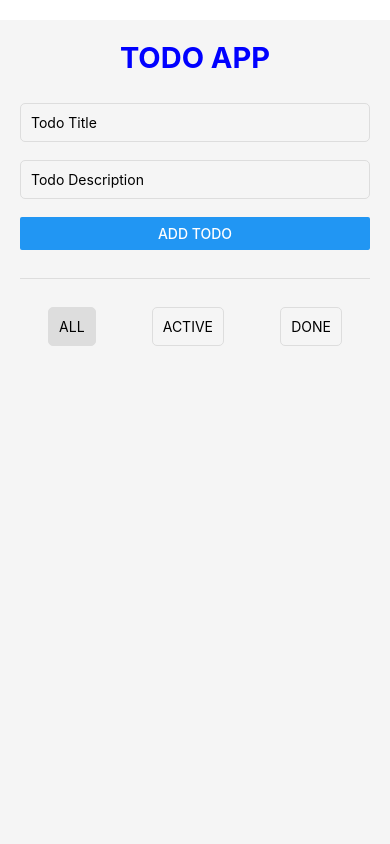
Repository: mohamed-omar-mubark/react-native-todo
Screen: /
These files come from the project's save history. The screen is drawn as it stood at one moment and after the next save; the edit follows.
The app was drawn by React Native's web renderer in a window 390 px wide. The project was rebuilt for these pictures with package versions that can differ from the ones it lists, and the page was loaded fresh each time.

Above is the screen before, as saved 2024-08-07 18:04:02.

### App.js
import React, { useState } from "react";
import {
  StyleSheet,
  Text,
  View,
  TextInput,
  Button,
  FlatList,
  TouchableOpacity,
} from "react-native";

export default function App() {
  const [title, setTitle] = useState("");
  const [description, setDescription] = useState("");
  const [todos, setTodos] = useState([]);
  const [filter, setFilter] = useState("All");

  const addTodo = () => {
    if (title && description) {
      setTodos([
        ...todos,
        { id: Date.now(), title, description, status: "active" },
      ]);
      setTitle("");
      setDescription("");
    }
  };

  const changeStatus = (id, status) => {
    setTodos(
      todos.map((todo) => (todo.id === id ? { ...todo, status } : todo))
    );
  };

  const getFilteredTodos = () => {
    if (filter === "All") return todos;
    return todos.filter((todo) => todo.status === filter.toLowerCase());
  };

  return (
    <View style={styles.container}>
      <Text style={styles.title}>TODO APP</Text>
      <TextInput
        style={styles.input}
        placeholder="Todo Title"
        value={title}
        onChangeText={setTitle}
      />
      <TextInput
        style={styles.input}
        placeholder="Todo Description"
        value={description}
        onChangeText={setDescription}
      />
      <Button title="Add Todo" onPress={addTodo} />
      <View style={styles.divider} />
      <View style={styles.filterContainer}>
        {["All", "active", "done"].map((status) => (
          <TouchableOpacity key={status} onPress={() => setFilter(status)}>
            <Text
              style={[
                styles.filterButton,
                filter === status && styles.selectedFilter,
              ]}>
              {status.toUpperCase()}
            </Text>
          </TouchableOpacity>
        ))}
      </View>
      <FlatList
        data={getFilteredTodos()}
        keyExtractor={(item) => item.id.toString()}
        renderItem={({ item }) => (
          <View style={styles.todoItem}>
            <Text style={styles.todoTitle}>{item.title}</Text>
            <Text style={styles.todoDescription}>{item.description}</Text>
            {item.status === "active" ? (
              <Button
                title="Mark as Done"
                onPress={() => changeStatus(item.id, "done")}
              />
            ) : (
              <Button
                title="Mark as Active"
                onPress={() => changeStatus(item.id, "active")}
              />
            )}
          </View>
        )}
      />
    </View>
  );
}

const styles = StyleSheet.create({
  container: {
    flex: 1,
    display: "flex",
    justifyContent: "center",
    alignContent: "center",
    marginTop: 20,
    padding: 20,
    gap: 8,
    backgroundColor: "#f5f5f5",
  },
  title: {
    fontSize: 29,
    fontWeight: "bold",
    textAlign: "center",
    color: "blue",
    marginBottom: 20,
  },
  input: {
    borderWidth: 1,
    borderColor: "#ddd",
    padding: 10,
    marginBottom: 10,
    borderRadius: 5,
  },
  divider: {
    height: 1,
    backgroundColor: "#ddd",
    marginVertical: 20,
  },
  filterContainer: {
    flexDirection: "row",
    justifyContent: "space-around",
    marginBottom: 20,
  },
  filterButton: {
    padding: 10,
    borderRadius: 5,
    borderWidth: 1,
    borderColor: "#ddd",
    textAlign: "center",
  },
  selectedFilter: {
    backgroundColor: "#ddd",
  },
  todoItem: {
    padding: 20,
    borderBottomWidth: 1,
    borderBottomColor: "#ddd",
  },
  todoTitle: {
    fontSize: 18,
    fontWeight: "bold",
  },
  todoDescription: {
    fontSize: 14,
    color: "#555",
  },
});

After the next save:
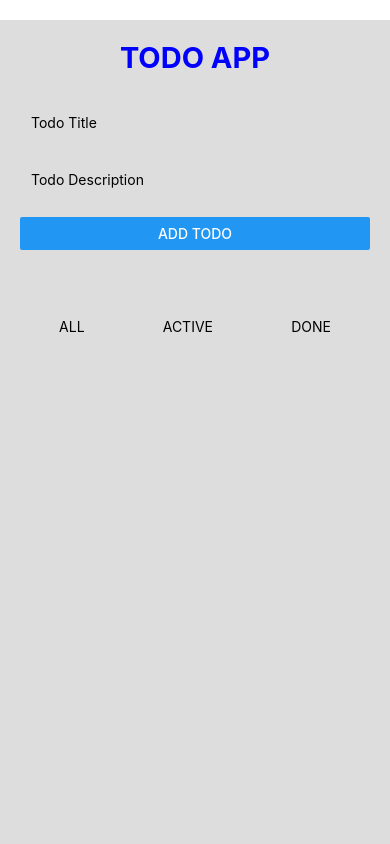
Saved 4 s later.
--- a/App.js
+++ b/App.js
@@ -101,7 +101,7 @@
     marginTop: 20,
     padding: 20,
     gap: 8,
-    backgroundColor: "#f5f5f5",
+    backgroundColor: "#ddd",
   },
   title: {
     fontSize: 29,

After the save that followed:
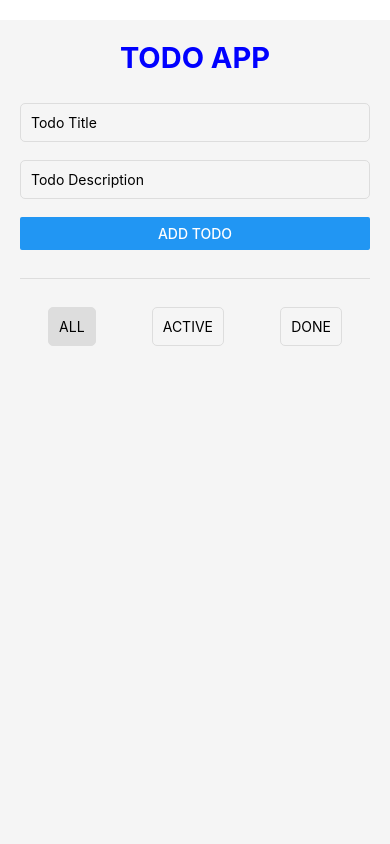
Saved 4 s later.
--- a/App.js
+++ b/App.js
@@ -101,7 +101,7 @@
     marginTop: 20,
     padding: 20,
     gap: 8,
-    backgroundColor: "#ddd",
+    backgroundColor: "#f5f5f5",
   },
   title: {
     fontSize: 29,
